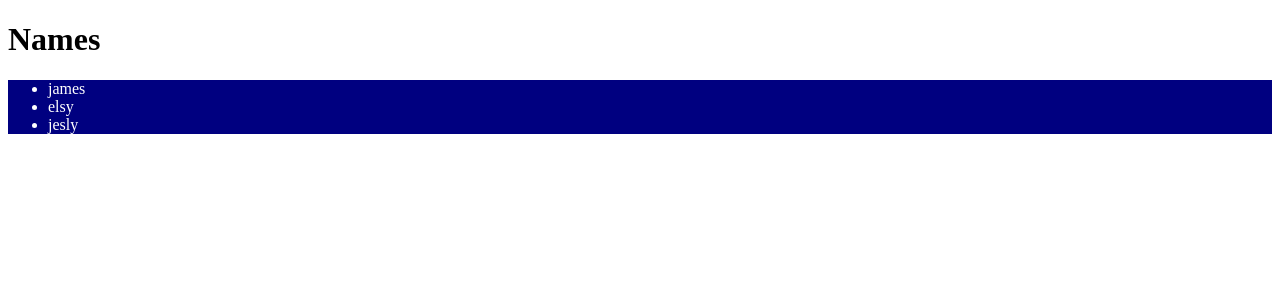
Repository: shanu4182/phpprojectgh
Page: http://localhost/names.php
These files come from the project's save history. The page is drawn as it stood at one moment and after the next save; the edit follows.
The browser window is 1280 px wide. The pictures show the whole page.
The page is run by PHP 8.4 with error messages shown; the project is at /var/www/html/.

Above is the page before, as saved 2022-12-14 12:43:24.

After the next save:
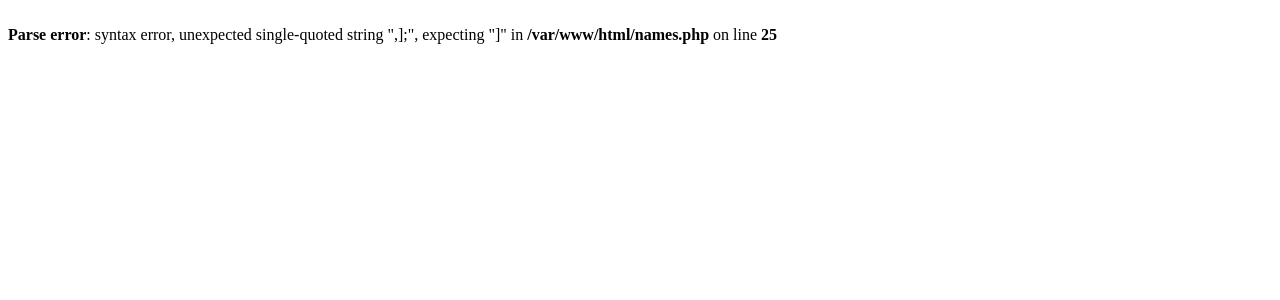
Saved 47 s later.
--- a/names.php
+++ b/names.php
@@ -1,5 +1,5 @@
 <?php
-$names=['james','elsy', 'jesly',];
+$names=['james','elsy', 'jesly'',];
 ?>
 
 
